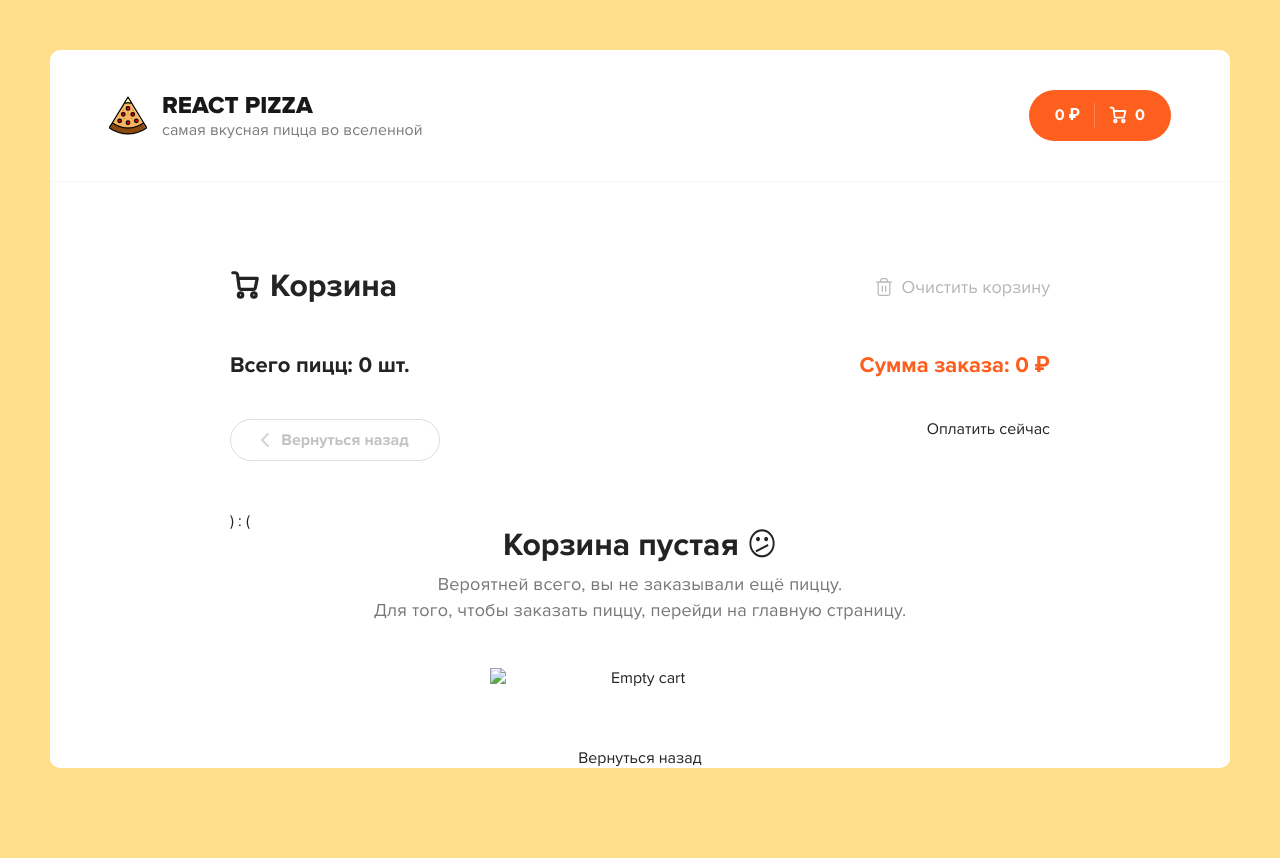
Repository: Danyil-man/online-pizzeria
Page: /cart
These files come from the project's save history. The page is drawn as it stood at one moment and after the next save; the edit follows.
The browser window is 1280 px wide. The pictures show the whole page.
The project was rebuilt for these pictures with package versions that can differ from the ones it lists, and the page was loaded fresh each time. Also part of the build but not shown: src/pages/cart/cartItem/CartItem.tsx, src/components/categories/Categories.tsx, src/components/pizzaItem/index.tsx, src/components/pizzaItem/PizzaLoader.tsx, src/components/sortPopUp/Sort.tsx, src/pages/home/Home.tsx.

Above is the page before, as saved 2022-02-11 12:56:37.

After the next save:
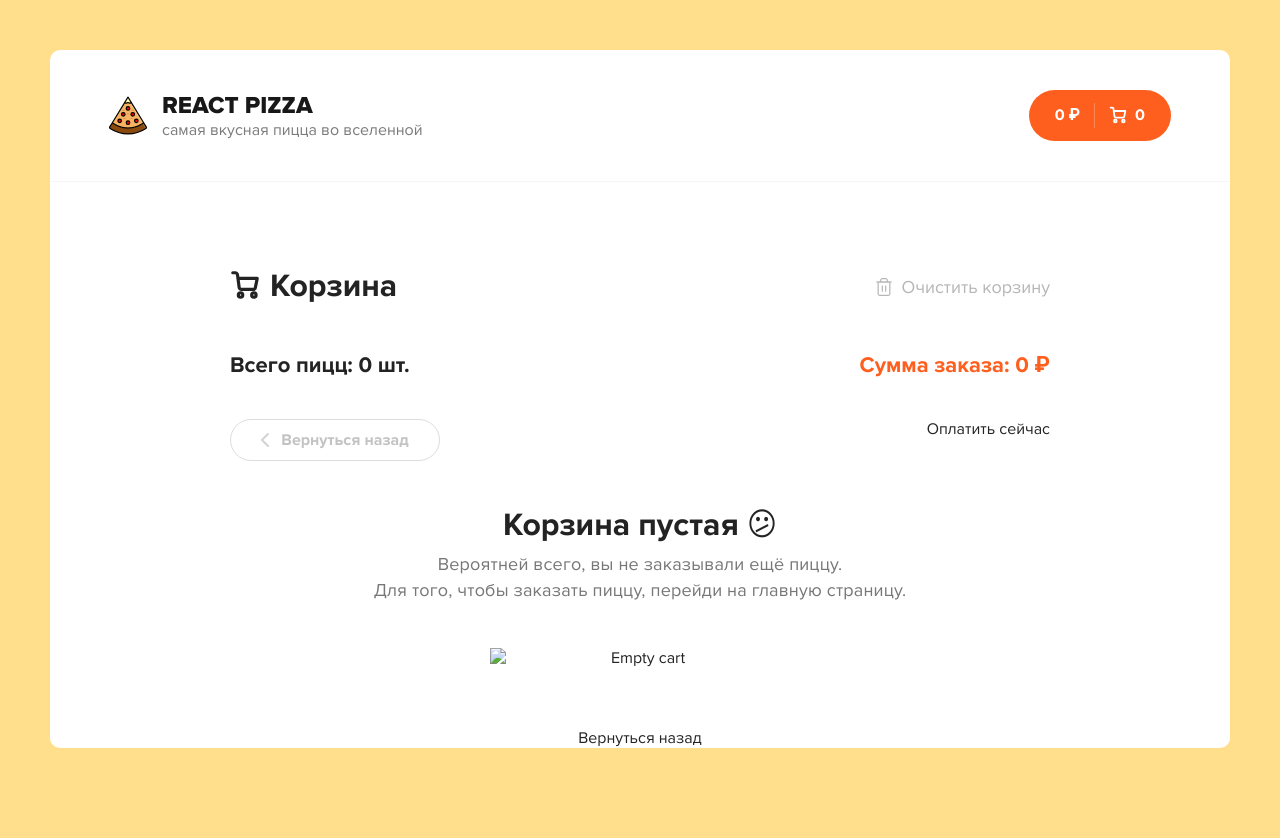
Saved 58 s later.
--- a/src/pages/cart/Cart.tsx
+++ b/src/pages/cart/Cart.tsx
@@ -138,7 +138,7 @@ const Cart = () => {
                     </div>
                 </div>
             </div>
-            ) : (
+
             <div className="cart cart--empty">
                 <h2>
                     Корзина пустая <i>😕</i>
